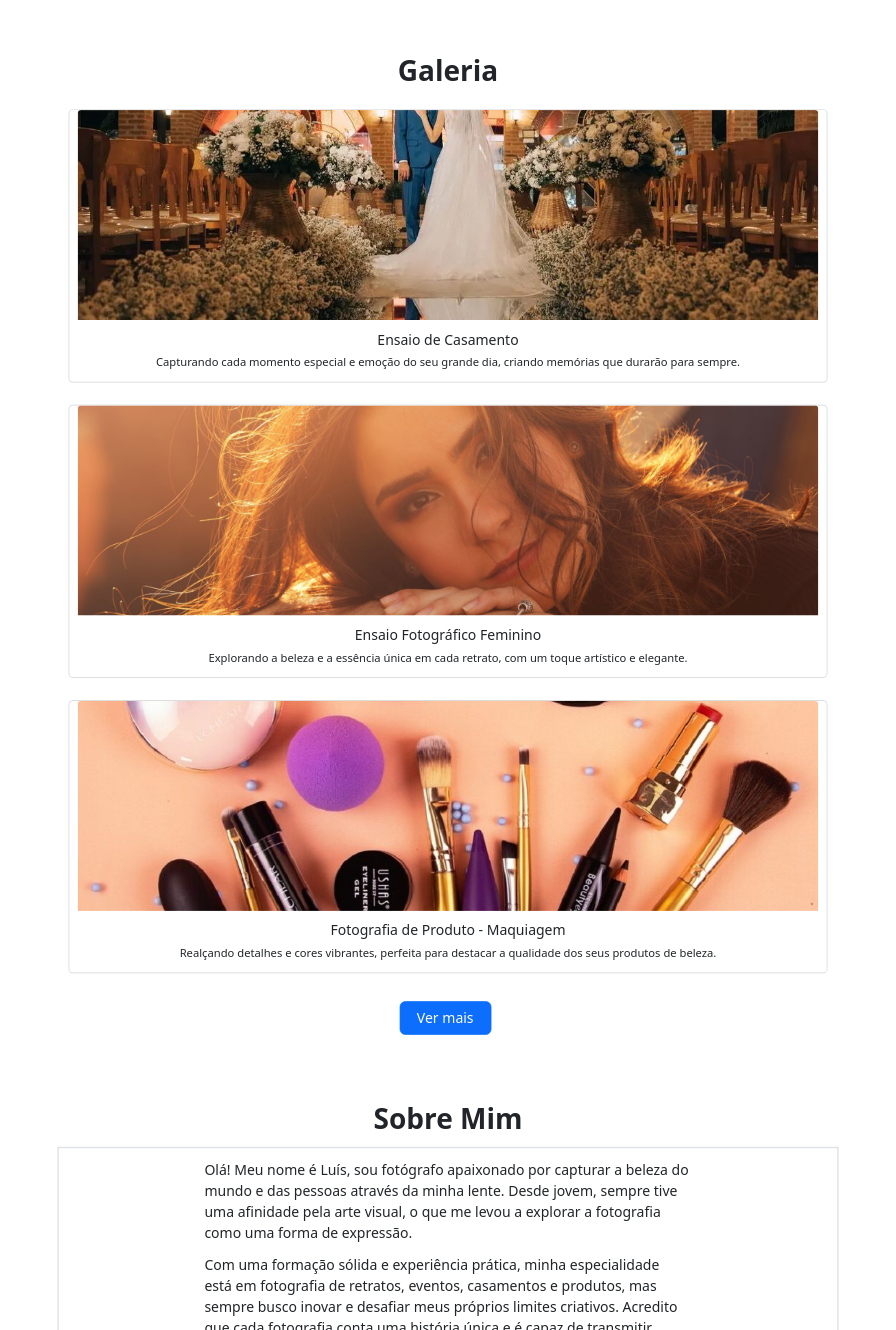
Repository: Marinalr-25/portifolio-fotografia
Page: index.html
An editor plug-in stored every save of this project. The page is shown before and after the next save, followed by the edit.
The browser window is 1280 px wide. The pictures show the part of the page from y = 556 to 2456 px (the page is 3581 px tall before and 2833 px after), at 70% of full size.
A picture or video elsewhere on the page could not be fetched, so the positions and the page height are approximate.

Above is the page before, as saved 2025-01-19 21:32:44.

### index.html
<!DOCTYPE html>
<html lang="pt-BR" data-bs-theme="dark">
  <head>
    <meta charset="utf-8" />
    <meta name="viewport" content="width=device-width, initial-scale=1" />
    <title>Portifolio Fotográfia</title>
    <link
      href="https://cdn.jsdelivr.net/npm/bootstrap@5.3.3/dist/css/bootstrap.min.css"
      rel="stylesheet"
      integrity="sha384-QWTKZyjpPEjISv5WaRU9OFeRpok6YctnYmDr5pNlyT2bRjXh0JMhjY6hW+ALEwIH"
      crossorigin="anonymous"
    />
    <!-- Bootstrap Icons -->
    <link
      href="https://cdn.jsdelivr.net/npm/bootstrap-icons/font/bootstrap-icons.css"
      rel="stylesheet"
    />
    <link rel="stylesheet" href="css/style.css" />
  </head>
  <body>
    <!-- Header -->
    <div class="container">
      <header
        class="d-flex flex-wrap justify-content-center py-3 mb-4 border-bottom fixed-top header header-light"
      >
        <a
          href="/"
          class="d-flex align-items-center mb-3 mb-md-0 me-md-auto link-body-emphasis text-decoration-none"
        >
          <svg
            xmlns="http://www.w3.org/2000/svg"
            width="40"
            height="32"
            class="d-block m-4 my-1 m"
            viewBox="0 0 118 94"
            role="img"
          >
            <title>Bootstrap</title>
            <path
              fill-rule="evenodd"
              clip-rule="evenodd"
              d="M24.509 0c-6.733 0-11.715 5.893-11.492 12.284.214 6.14-.064 14.092-2.066 20.577C8.943 39.365 5.547 43.485 0 44.014v5.972c5.547.529 8.943 4.649 10.951 11.153 2.002 6.485 2.28 14.437 2.066 20.577C12.794 88.106 17.776 94 24.51 94H93.5c6.733 0 11.714-5.893 11.491-12.284-.214-6.14.064-14.092 2.066-20.577 2.009-6.504 5.396-10.624 10.943-11.153v-5.972c-5.547-.529-8.934-4.649-10.943-11.153-2.002-6.484-2.28-14.437-2.066-20.577C105.214 5.894 100.233 0 93.5 0H24.508zM80 57.863C80 66.663 73.436 72 62.543 72H44a2 2 0 01-2-2V24a2 2 0 012-2h18.437c9.083 0 15.044 4.92 15.044 12.474 0 5.302-4.01 10.049-9.119 10.88v.277C75.317 46.394 80 51.21 80 57.863zM60.521 28.34H49.948v14.934h8.905c6.884 0 10.68-2.772 10.68-7.727 0-4.643-3.264-7.207-9.012-7.207zM49.948 49.2v16.458H60.91c7.167 0 10.964-2.876 10.964-8.281 0-5.406-3.903-8.178-11.425-8.178H49.948z"
              fill="currentColor"
            ></path>
          </svg>
          <span class="fs-4">Fotográfo Bootstrap</span>
        </a>

        <ul class="nav nav-pills">
          <li class="nav-item">
            <a href="#home" class="nav-link active" aria-current="page">Home</a>
          </li>
          <li class="nav-item">
            <a href="#galeria" class="nav-link">Galeria</a>
          </li>
          <li class="nav-item">
            <a href="#sobre" class="nav-link">Sobre mim</a>
          </li>
          <li class="nav-item">
            <a href="#servicos" class="nav-link">Serviços</a>
          </li>
          <li class="nav-item">
            <a href="#contato" class="nav-link">Contato</a>
          </li>
          <button id="toggleThemeBtn" class="btn btn-light me-3">
            <i id="themeIcon" class="bi bi-brightness-high"></i>
          </button>
        </ul>
      </header>
    </div>

    <!-- Hero -->
    <div id="home" class="container col-xxl-8 px-4 py-5">
      <div class="row flex-lg-row-reverse align-items-center g-5 py-5">
        <div class="col-10 col-sm-8 col-lg-6">
          <img
            src="src/fotografiaHero.jpg"
            class="d-block mx-lg-auto img-fluid img-hero"
            alt="Bootstrap Themes"
            width="700"
            height="500"
            loading="lazy"
          />
        </div>
        <div class="col-lg-6">
          <h1 class="fw-bold text-body-emphasis lh-1 mb-3">
            Capturando Momentos, Criando Memórias
          </h1>
          <p class="lead">
            Com uma abordagem única e criativa, busco capturar a essência de
            cada cena e emoção. Meu trabalho é uma mistura de técnica, paixão e
            sensibilidade. Através da minha lente, tento criar imagens que falam
            por si mesmas.
          </p>
          <div class="d-grid gap-2 d-md-flex justify-content-md-start">
            <button type="button" class="btn btn-primary btn-lg px-4 me-md-2">
              Veja meu trabalho
            </button>
            <button type="button" class="btn btn-outline-secondary btn-lg px-4">
              Entre em Contato
            </button>
          </div>
        </div>
      </div>
    </div>

    <!-- Galeria -->
    <div id="galeria" class="container col-xxl-8 px-4 py-5 p-4 text-center">
      <h1 class="fw-bold mb-3">Galeria</h1>
      <div class="row p-3 d-flex justify-content-between gap-2">
        <div class="card col col-12 mb-4">
          <img
            src="src/casamento.webp"
            class="card-img-top"
            alt="ensaio fotografico de casamento"
          />
          <div class="card-body">
            <h5 class="card-title">Ensaio de Casamento</h5>
            <p class="card-text">
              Capturando cada momento especial e emoção do seu grande dia,
              criando memórias que durarão para sempre.
            </p>
          </div>
        </div>
        <div class="card col col-12 mb-4">
          <img
            src="src/ensaiofotografico.jpeg"
            class="card-img-top"
            alt="ensaio fotografico de uma mulher"
          />
          <div class="card-body">
            <h5 class="card-title">Ensaio Fotográfico Feminino</h5>
            <p class="card-text">
              Explorando a beleza e a essência única em cada retrato, com um
              toque artístico e elegante.
            </p>
          </div>
        </div>
        <div class="card col col-12 mb-4">
          <img
            src="src/maquiagem.jpg"
            class="card-img-top"
            alt="ensaio fotografico de produto (maquiagem)"
          />
          <div class="card-body">
            <h5 class="card-title">Fotografia de Produto - Maquiagem</h5>
            <p class="card-text">
              Realçando detalhes e cores vibrantes, perfeita para destacar a
              qualidade dos seus produtos de beleza.
            </p>
          </div>
        </div>
      </div>
      <button type="button" class="btn btn-primary btn-lg px-4 me-md-2">
        Ver mais
      </button>
    </div>

    <!-- Sobre mim -->
    <div id="sobre" class="container px-4 py-5">
      <div class="row justify-content-center align-items-center">
        <h1 class="fw-bold mb-3 text-center">Sobre Mim</h1>
        <div
          class="row p-3 border border-2 d-flex justify-content-center align-items-center"
        >
          <div class="col-lg-8 pe-3">
            <p class="lead">
              Olá! Meu nome é Luís, sou fotógrafo apaixonado por capturar a
              beleza do mundo e das pessoas através da minha lente. Desde jovem,
              sempre tive uma afinidade pela arte visual, o que me levou a
              explorar a fotografia como uma forma de expressão.
            </p>
            <p class="lead">
              Com uma formação sólida e experiência prática, minha especialidade
              está em fotografia de retratos, eventos, casamentos e produtos,
              mas sempre busco inovar e desafiar meus próprios limites
              criativos. Acredito que cada fotografia conta uma história única e
              é capaz de transmitir emoções que palavras não podem expressar.
            </p>
            <p class="lead">
              A fotografia para mim é mais do que apenas um trabalho – é uma
              paixão que me permite conectar com o mundo e com as pessoas de uma
              maneira muito especial. Cada clique é uma oportunidade de
              eternizar sentimentos, momentos e histórias.
            </p>
            <p class="lead">
              Estou sempre em busca de novas experiências e oportunidades para
              expandir minha visão artística e, assim, oferecer o melhor para
              cada pessoa que confia em meu trabalho.
            </p>
          </div>
          <div class="fotografo"></div>
        </div>
      </div>
    </div>

    <!-- Clientes -->
    <div id="clientes" class="container col-xxl-8 px-4 py-5 py-3">
      <div class="col mx-auto">
        <h1 class="fw-bold text-center mb-5">Depoimentos</h1>
        <div class="row">
          <div class="col-lg-4 text-center">
            <h3>Luana Silva</h3>
            <div class="mb-2">
              <i class="bi bi-star-fill estrela"></i>
              <i class="bi bi-star-fill estrela"></i>
              <i class="bi bi-star-fill estrela"></i>
              <i class="bi bi-star-fill estrela"></i>
              <i class="bi bi-star-fill estrela"></i>
            </div>

            <p>
              O trabalho do Luís foi simplesmente incrível no nosso grande dia.
              Cada foto reflete nossa felicidade e amor, e temos as imagens mais
              lindas para recordar o nosso casamento. Estamos muito gratos pela
              sua dedicação e olhar atento aos detalhes!
            </p>
          </div>
          <div class="col-lg-4 text-center">
            <h3>Gabrielly Carvalho</h3>
            <div class="mb-2">
              <i class="bi bi-star-fill estrela"></i>
              <i class="bi bi-star-fill estrela"></i>
              <i class="bi bi-star-fill estrela"></i>
              <i class="bi bi-star-fill estrela"></i>
              <i class="bi bi-star-fill estrela"></i>
            </div>
            <p>
              Ele criou um ambiente descontraído e confortável, fazendo com que
              me sentisse à vontade diante das câmeras. O resultado foi
              surpreendente, e as fotos capturaram exatamente quem eu sou.
              Recomendo muito o trabalho dele para quem quer algo único e cheio
              de emoção
            </p>
          </div>
          <div class="col-lg-4 text-center">
            <h3>Aline Santos</h3>
            <div class="mb-2">
              <i class="bi bi-star-fill estrela"></i>
              <i class="bi bi-star-fill estrela"></i>
              <i class="bi bi-star-fill estrela"></i>
              <i class="bi bi-star-fill estrela"></i>
              <i class="bi bi-star-fill estrela"></i>
            </div>
            <p>
              Contratei para fazer as fotos dos meus produtos e fiquei
              impressionado com a qualidade e atenção aos detalhes. As fotos
              realmente destacaram a beleza dos meus produtos. Com certeza
              continuarei trabalhando com ele em futuros projetos!
            </p>
          </div>
        </div>
      </div>
    </div>

    <script
      src="https://cdn.jsdelivr.net/npm/@popperjs/core@2.11.8/dist/umd/popper.min.js"
      integrity="sha384-I7E8VVD/ismYTF4hNIPjVp/Zjvgyol6VFvRkX/vR+Vc4jQkC+hVqc2pM8ODewa9r"
      crossorigin="anonymous"
    ></script>
    <script
      src="https://cdn.jsdelivr.net/npm/bootstrap@5.3.3/dist/js/bootstrap.min.js"
      integrity="sha384-0pUGZvbkm6XF6gxjEnlmuGrJXVbNuzT9qBBavbLwCsOGabYfZo0T0to5eqruptLy"
      crossorigin="anonymous"
    ></script>
    <script src="js/script.js"></script>
  </body>
</html>

### css/style.css
/* Style Bootstrap */

.bd-placeholder-img {
  font-size: 1.125rem;
  text-anchor: middle;
  -webkit-user-select: none;
  -moz-user-select: none;
  user-select: none;
}

@media (min-width: 768px) {
  .bd-placeholder-img-lg {
    font-size: 3.5rem;
  }
}

.b-example-divider {
  width: 100%;
  height: 3rem;
  background-color: rgba(0, 0, 0, 0.1);
  border: solid rgba(0, 0, 0, 0.15);
  border-width: 1px 0;
  box-shadow: inset 0 0.5em 1.5em rgba(0, 0, 0, 0.1),
    inset 0 0.125em 0.5em rgba(0, 0, 0, 0.15);
}

.b-example-vr {
  flex-shrink: 0;
  width: 1.5rem;
  height: 100vh;
}

.bi {
  vertical-align: -0.125em;
  fill: currentColor;
}

.nav-scroller {
  position: relative;
  z-index: 2;
  height: 2.75rem;
  overflow-y: hidden;
}

.nav-scroller .nav {
  display: flex;
  flex-wrap: nowrap;
  padding-bottom: 1rem;
  margin-top: -1px;
  overflow-x: auto;
  text-align: center;
  white-space: nowrap;
  -webkit-overflow-scrolling: touch;
}

.btn-bd-primary {
  --bd-violet-bg: #712cf9;
  --bd-violet-rgb: 112.520718, 44.062154, 249.437846;

  --bs-btn-font-weight: 600;
  --bs-btn-color: var(--bs-white);
  --bs-btn-bg: var(--bd-violet-bg);
  --bs-btn-border-color: var(--bd-violet-bg);
  --bs-btn-hover-color: var(--bs-white);
  --bs-btn-hover-bg: #6528e0;
  --bs-btn-hover-border-color: #6528e0;
  --bs-btn-focus-shadow-rgb: var(--bd-violet-rgb);
  --bs-btn-active-color: var(--bs-btn-hover-color);
  --bs-btn-active-bg: #5a23c8;
  --bs-btn-active-border-color: #5a23c8;
}

.bd-mode-toggle {
  z-index: 1500;
}

.bd-mode-toggle .dropdown-menu .active .bi {
  display: block !important;
}

/* CSS próprio */

/* Header */
.header-light {
  background-color: #fff;
  color: #000;
}

.header-dark {
  background-color: #212529;
  color: #fff;
}

/* Hero */
.img-hero {
  width: 1000px;
}

/* Galeria */
.card-img-top {
  width: 100%;
  height: 300px;
  object-fit: cover;
}

/* sobre mim */
.fotografo {
  background-image: url(/src/fotografosombracortada.png);
  background-position: center;
  background-repeat: no-repeat;
  background-size: contain;
  width: 364px;
  height: 308px;
}

/* Clientes */
.estrela {
  color: #ffcc00;
}

### js/script.js
const toggleThemeBtn = document.getElementById('toggleThemeBtn');
const themeIcon = document.getElementById('themeIcon');
const header = document.querySelector('.header');
const body = document.body;

// Função para definir o ícone, tema e a classe do botão ao carregar a página
function setInitialTheme() {
  if (body.getAttribute('data-bs-theme') === 'dark') {
    themeIcon.classList.remove('bi-brightness-high');
    themeIcon.classList.add('bi-moon-stars-fill');
    toggleThemeBtn.classList.remove('btn-light');
    toggleThemeBtn.classList.add('btn-dark');
  } else {
    body.setAttribute('data-bs-theme', 'light');
    themeIcon.classList.remove('bi-moon-stars-fill');
    themeIcon.classList.add('bi-brightness-high');
    toggleThemeBtn.classList.remove('btn-dark');
    toggleThemeBtn.classList.add('btn-light');
  }
}

// Definir o tema inicial ao carregar
setInitialTheme();

toggleThemeBtn.addEventListener('click', () => {
  if (body.getAttribute('data-bs-theme') === 'dark') {
    body.setAttribute('data-bs-theme', 'light');
    themeIcon.classList.remove('bi-moon-stars-fill');
    themeIcon.classList.add('bi-brightness-high');
    header.classList.remove('header-dark');
    header.classList.add('header-light');
    toggleThemeBtn.classList.remove('btn-dark');
    toggleThemeBtn.classList.add('btn-light');
  } else {
    body.setAttribute('data-bs-theme', 'dark');
    themeIcon.classList.remove('bi-brightness-high');
    themeIcon.classList.add('bi-moon-stars-fill');
    header.classList.remove('header-light');
    header.classList.add('header-dark');
    toggleThemeBtn.classList.remove('btn-light');
    toggleThemeBtn.classList.add('btn-dark');
  }
});

After the next save:
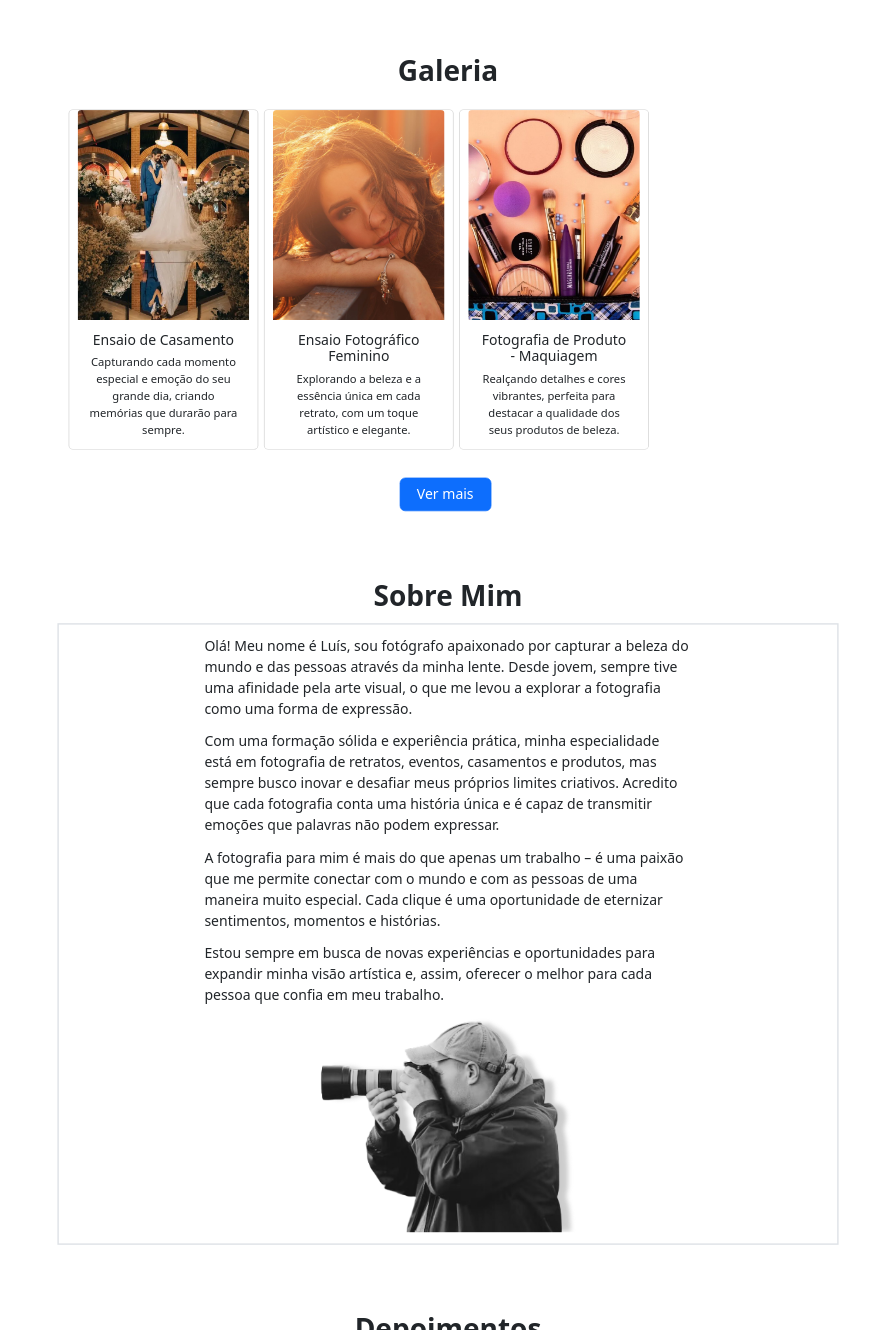
Saved 62 s later.
--- a/index.html
+++ b/index.html
@@ -107,8 +107,8 @@
     <!-- Galeria -->
     <div id="galeria" class="container col-xxl-8 px-4 py-5 p-4 text-center">
       <h1 class="fw-bold mb-3">Galeria</h1>
-      <div class="row p-3 d-flex justify-content-between gap-2">
-        <div class="card col col-12 mb-4">
+      <div class="row p-3 gap-2">
+        <div class="card col-lg-3 col-12 mb-4">
           <img
             src="src/casamento.webp"
             class="card-img-top"
@@ -122,7 +122,7 @@
             </p>
           </div>
         </div>
-        <div class="card col col-12 mb-4">
+        <div class="card col-lg-3 col-12 mb-4">
           <img
             src="src/ensaiofotografico.jpeg"
             class="card-img-top"
@@ -136,7 +136,7 @@
             </p>
           </div>
         </div>
-        <div class="card col col-12 mb-4">
+        <div class="card col-lg-3 col-12 mb-4">
           <img
             src="src/maquiagem.jpg"
             class="card-img-top"
